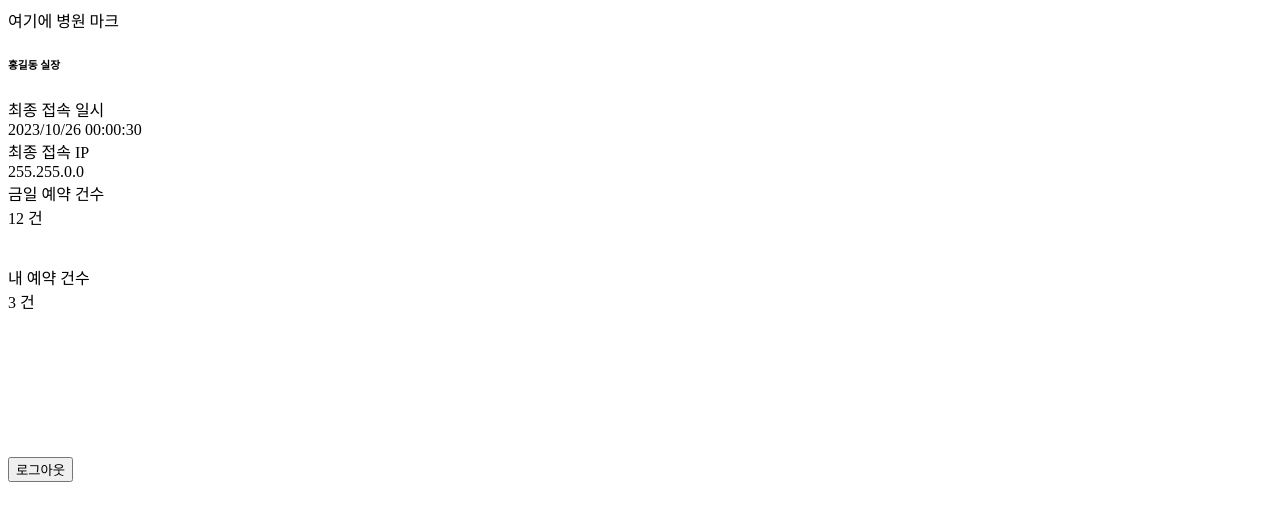
Repository: j-pyohub/LIBRARY_PROJECT
Page: CRM_Project/WebContent/doctorSidebar.html
These files come from the project's save history. The page is drawn as it stood at one moment and after the next save; the edit follows.
The browser window is 1280 px wide. The pictures show the whole page.

Above is the page before, as saved 2025-10-11 09:05:33.

After the next save:
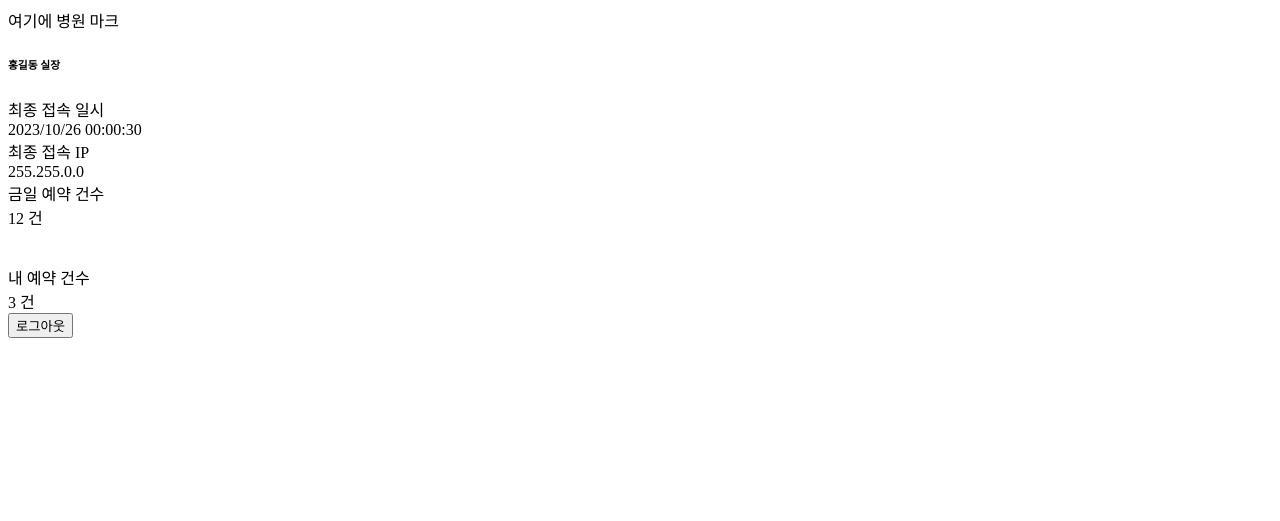
Saved 6 s later.
--- a/CRM_Project/WebContent/doctorSidebar.html
+++ b/CRM_Project/WebContent/doctorSidebar.html
@@ -25,7 +25,7 @@
     <div class="display-6 fw-semibold my-2 text-primary">3 건</div>
   </div>
 
-<br><br><br><br><br><br><br><br>
+
   <div class="mt-4 text-center">
     <button class="btn btn-danger w-100">로그아웃</button>
   </div>
